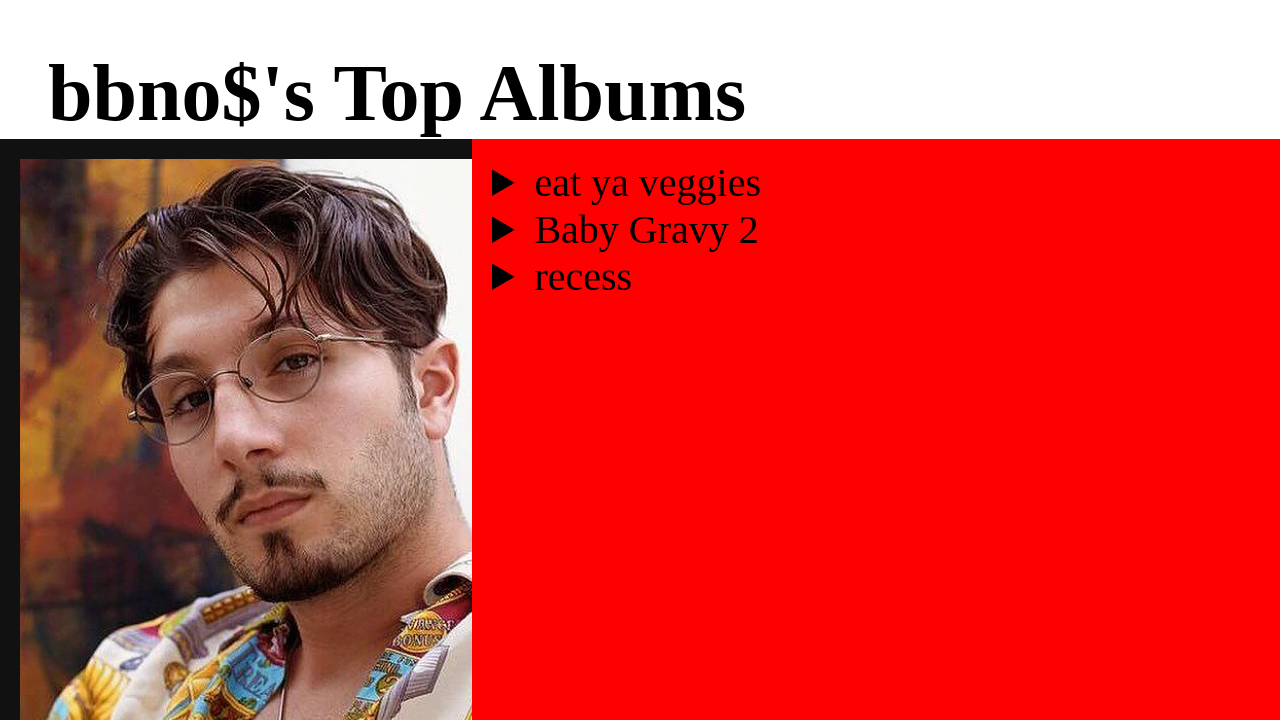
Repository: Jennica1/Lab1
Page: /
An editor plug-in stored every save of this project. The page is shown before and after the next save, followed by the edit.
The browser window is 1280 px wide. The pictures show the whole page.
The project was rebuilt for these pictures with package versions that can differ from the ones it lists, and the page was loaded fresh each time. Also part of the build but not shown: vite.config.js.

Above is the page before, as saved 2024-09-09 18:28:06.

After the next save:
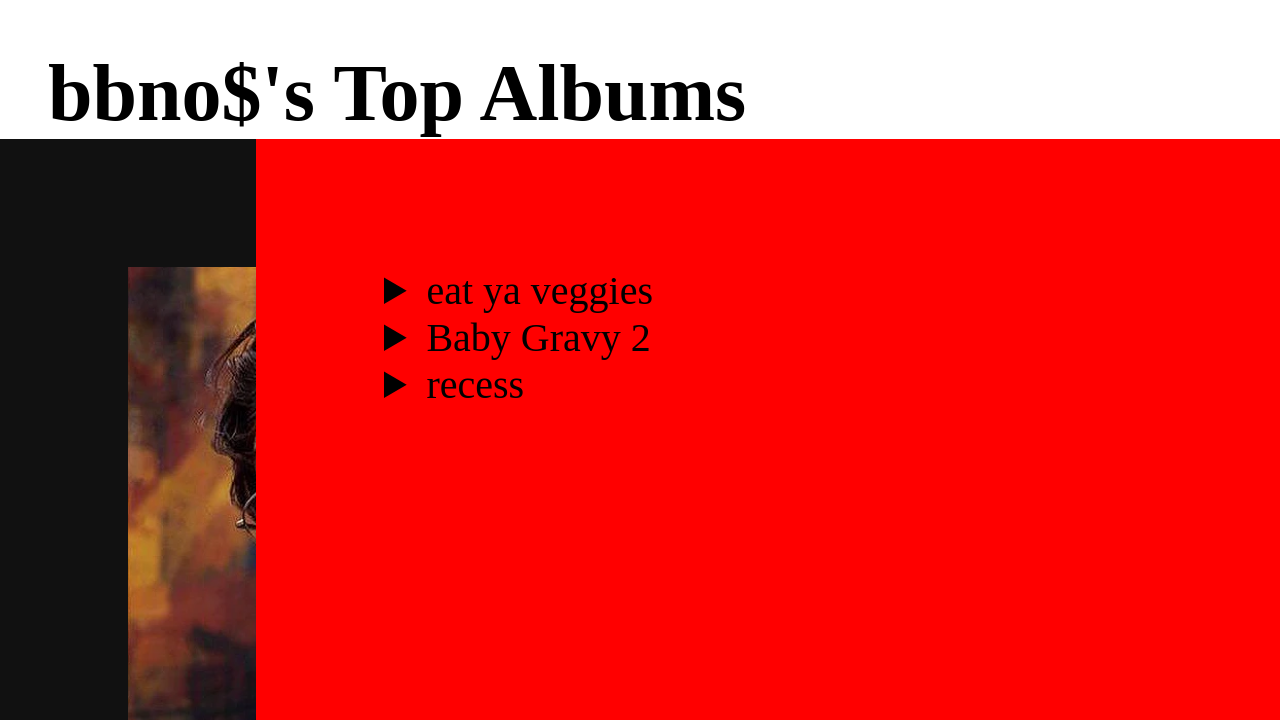
Saved 4 s later.
--- a/src/App.css
+++ b/src/App.css
@@ -24,7 +24,7 @@
 overflow-x: hidden;
 padding-top: 20px;
 display: flex;
-padding: 20px;
+padding: 10%;
 }
 
 .left {
